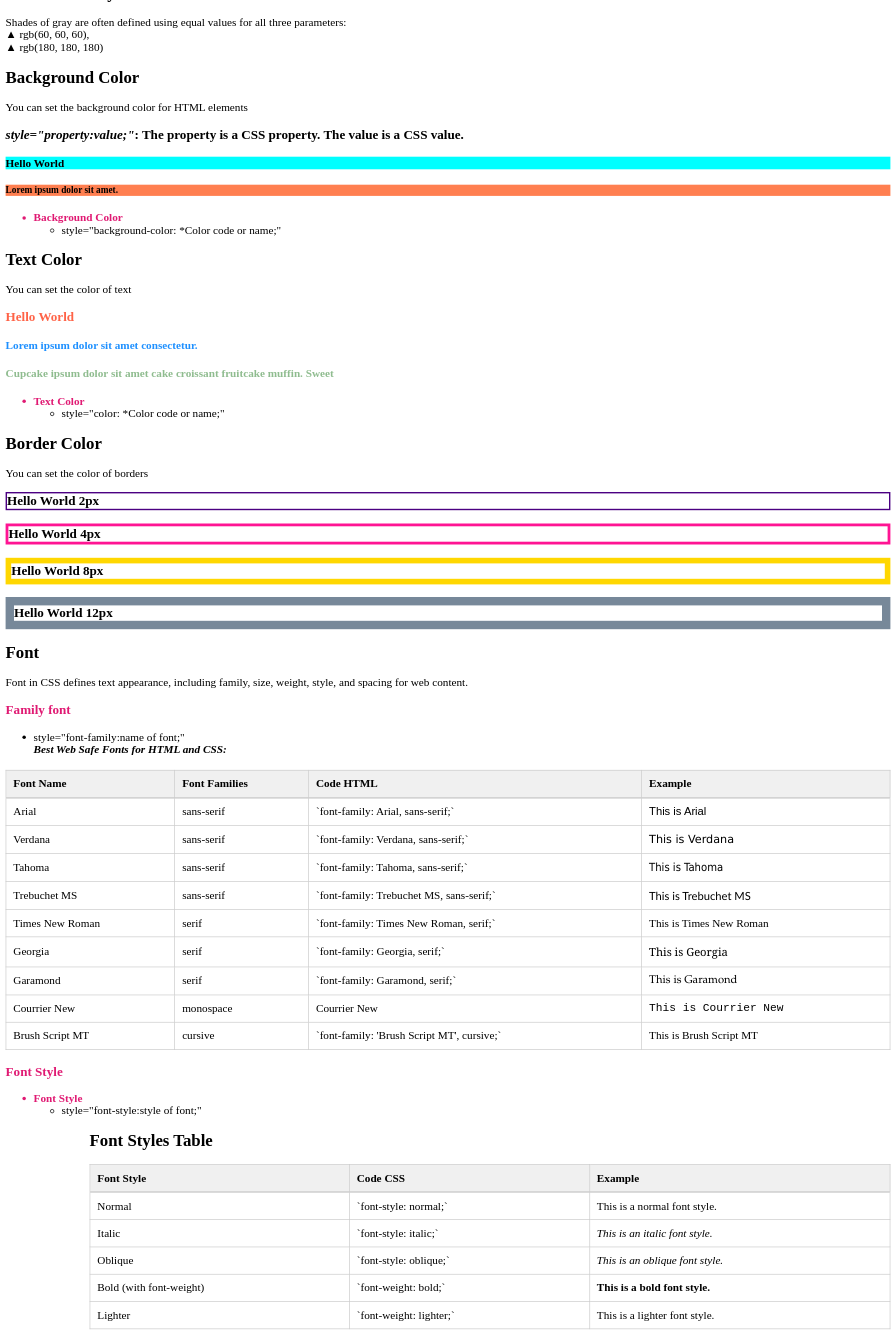
Repository: AnnaSpirit/2025_
Page: Bases/OK/HTML_Text_Formatting.html
These files come from the project's save history. The page is drawn as it stood at one moment and after a run of saves; the edit follows.
The browser window is 1280 px wide. The pictures show the part of the page from y = 2107 to 4027 px (the page is 4027 px tall before and 4009 px after), at 70% of full size.

Above is the page before, as saved 2025-01-09 16:38:40.

### Bases/OK/HTML_Text_Formatting.html
<!DOCTYPE html>
<html lang="en">

<head>
    <meta charset="UTF-8">
    <meta name="viewport" content="width=device-width, initial-scale=1.0">
    <title>HTML Text Formatting</title>
    <a href="HTML_Colors.html"></a>
</head>

<body>
    <h1>HTML contains several elements for defining text with a special meaning.</h1>
    <a href="HTML_Colors.html">
        <h2>Go Back: HTML_Colors</h2></a>
    <p>
    <ul>
        <li style="color:red;"> b< - >Bold text &#61 Strong;
            <ul>
                <li style="color:black;"><b>Bold</b> text</li>
            </ul>
        </li><br>
        <li style="color:red;"> strong< - >Important text &#61 Bold
            <ul>
                <li style="color:black;"><strong>Important</strong> text</li>
            </ul>
        </li><br>
        <li style="color:red;"> i< - >Italic text &#61 Emphasized
            <ul>
                <li style="color:black;"><i>Italic</i> text</li>
            </ul>
        </li><br>

        <li style="color:red;">em< - >Emphasized text &#61 Italic
            <ul>
                <li style="color:black;"><em>Emphasized</em> text</li>
            </ul>
        </li><br>
        <li style="color:red;"> u< - >Underlined text &#61 Inserted
            <ul>
                <li style="color:black;"><u>Underlined</u> text</li>
            </ul><br>
        <li style="color:red;">ins< - >Inserted text &#61 Underlined
            <ul>
                <li style="color:black;"><ins>Inserted</ins> text</li>
            </ul><br>
        <li style="color:red;">small< - >Smaller text
            <ul>
                <li style="color:black;"><small>Smaller</small> text</li>
            </ul>
        </li><br>
        <li style="color:red;">del< - >Deleted text &#61 Strikethrough
            <ul>
                <li style="color:black;"><del>Deleted</del> text</li>
            </ul>
        </li><br>
        <li style="color:red;">s< - >strikethrough text &#61 Deleted
            <ul>
                <li style="color:black;"><s>strikethrough</s> text</li>
            </ul>
        </li><br>
        <li style="color:red;"> mark< - >Marked text (Highlighted in yellow)
            <ul>
                <li style="color:black;"><mark>Marked</mark> text</li>
            </ul>
        </li><br>
        <li style="color:red;">sub< - >Subscript text
            <ul>
                <li style="color:black;"><sub>Subscript</sub> text</li>
            </ul>
        </li><br>
        <li style="color:red;">sup< - >Superscript text
            <ul>
                <li style="color:black;"><sup>Superscript</sup> text</li>
            </ul>
        </li>
    </ul>
    </p>
    <hr>
    <p>
    <h1>HTML Quotation and Citation Elements</h1>
    <h3>In this chapter we will go through the blockquote>,q>, abbr>, address>, cite>, and bdo> HTML elements.</h3>
    <ul>
        <li style="color:rgb(49, 169, 49);"> HTML blockquote> for Quotations
            <ul>
                <li style="color: black;">
                    <blockquote cite=" http://www.worldwildlife.org/who/index.html">For 60 years,...</blockquote>
                </li><br>
            </ul>
        <li style="color:rgb(49, 169, 49);"> HTML q> for Short Quotations
            <ul>
                <li style="color: black;"> WWF's goal is to: <q><em>Build a future where people live in harmony with
                            nature.</em></q></li>
            </ul>
        </li><br>
        <li style=" color:rgb(49, 169, 49);">HTML abbr> for Abbreviations
            <ul>
                <li style="color: black;">
                    <p>The <abbr title="World Health Organization">WHO</abbr> was founded in 1948.</p>
                </li>
            </ul>
        </li><br>
        <li style=" color:rgb(49, 169, 49);">HTML address> for Contact Information
            <ul>
                <li style="color: black;">
                    <address>
                        Written by John Doe.<br>
                        Visit us at:<br>
                        Example.com<br>
                        Box 564, Disneyland<br>
                        USA
                    </address>
                </li>
            </ul>
        </li><br>
        <li style=" color:rgb(49, 169, 49);">HTML cite> for Work Title
            <ul>
                <li style="color: black;">
                    <p><cite>The Scream</cite> by Edvard Munch. Painted in 1893.</p>
                </li>
            </ul>
        </li><br>
        <li style=" color:rgb(49, 169, 49);">HTML bdo> for Bi-Directional Override
            <ul>
                <li style="color: black;"><bdo dir="rtl">This text will be written from right to
                        left.</bdo><mark>||</mark>This text will be written from right to left.<br>
                    specific for <b>HEBREW</b> for example</li> <bdo dir="ltr">Left to Right</bdo>=
                LTR<mark>||</mark><bdo dir="rtl">Right to Left</bdo> = RTL
            </ul>
        </li>
    </ul>
    </h1>
    </p>
    <hr>
    <p>
    <h1>HTML_Colors</h1>
    <p>HTML colors are specified with predefined color names, or with RGB, HEX, HSL, RGBA, or HSLA values.</p>
    <a href="HTML_Colors.html">
        <h2>Colors Names</h2>
    </a>
    <p>In HTML, a color can be specified by using a color name</p>

    <h2>Color Values</h2>

    <p>In HTML, colors can also be specified using <b>RGB</b><sub> (value represents RED, GREEN, and BLUE light
            sources)</sub>, <b>HEX</b><sub>(hexadecimal color is specified with: #RRGGBB, where the RR (red), GG (green)
            and BB (blue) hexadecimal integers specify the components of the color.)</sub>, <b>HSL</b><sub> (stands for
            hue, saturation, and lightness.)</sub>, <b>RGBA</b><sub> (value is an extension of RGB with an Alpha channel
            (opacity)).</sub> and <b>HSLA</b><sub> (values are an extension of HSL with an Alpha channel
            (opacity)).</sub><br>

    <p>The following three elements have their background color set with RGB, HEX, and HSL values.<br>
    <h5>Ultramarine Blue</h5>
    <ul>
        <li style="background-color:rgb(77,106,255);">
            <h5>RGB (77,106,255)</h5>
        </li>
        <li style="background-color:#4D6AFF;">
            <h5>HEX #4D6AFF</h5>
        </li>
        <li style="background-color:HSL(230, 100%, 65%);">
            <h5>HSL (230, 100%, 65%)</h5>
        </li>
    </ul>
    <p>The following two elements have their background color set with RGBA and HSLA values, which add an Alpha channel
        to the color (here we have 50% and 20% transparency)</p>
    <ul>
        <li style="background-color:rgba(77,106,255, 0.5);">
            <h5>RGBA (77,106,255, 0.5) </h5>
        </li>
        <li style="background-color:HSL(230, 100%, 65%, 0.2);">
            <h5>HSLA (230, 100%, 65%, 0.2) </h5>
        </li>
    </ul>
    </p>
    <h2>Shades of Gray</h2>
    <p>Shades of gray are often defined using equal values for all three parameters: <br>
        &#9650; rgb(60, 60, 60),<br>
        &#9650; rgb(180, 180, 180)</p>

    <h2>Background Color</h2>

    <p>You can set the background color for HTML elements <br>
    <h3><em>style="property:value;"</em>: The property is a CSS property. The value is a CSS value.</h3>
    <h4 style="background-color:cyan;">Hello World</h4>
    <h5 style="background-color:Coral;">Lorem ipsum dolor sit amet.</h5>
    <ul>
        <li style="color:rgb(224, 26, 115);"><b>Background Color</b></li>
        <ul>
            <li>style="background-color: *Color code or name;"</li>
        </ul></ul>
    </p>

    <h2>Text Color</h2>

    <p>You can set the color of text <br>
    <h3 style="color:Tomato;">Hello World</h3>
    <h4 style="color:DodgerBlue;">Lorem ipsum dolor sit amet consectetur.</h4>
    <h4 style="color:DarkSeaGreen;">Cupcake ipsum dolor sit amet cake croissant fruitcake muffin. Sweet</h4>
    <ul>
        <li style="color:rgb(224, 26, 115);"><b>Text Color</b></li>
    <ul>
        <li>style="color: *Color code or name;"</li>
    </ul></ul>
    </p>

    <h2>Border Color</h2>

    <p>You can set the color of borders <br>
    <h3 style="border:2px solid indigo;">Hello World 2px</h3>
    <h3 style="border:4px solid DeepPink;">Hello World 4px</h3>
    <h3 style="border:8px solid Gold;">Hello World 8px</h3>
    <h3 style="border:12px solid LightSlateGrey;">Hello World 12px</h3>
    </p>

    <h2>Font</h2>

    <p>Font in CSS defines text appearance, including family, size, weight, style, and spacing for web content.<br>
        <h3 style="color:rgb(224, 26, 115);">Family font</font></h3>
    <ul>
        <li>style="font-family:name of font;"<br><em><b>Best Web Safe Fonts for HTML and CSS: </em></b></li>
    </ul>

    <table style="width: 100%; border-collapse: collapse; text-align: left; margin: 20px 0;">
        <thead>
            <tr style="background-color: #f0f0f0; border-bottom: 2px solid #ccc;">
                <th style="padding: 10px; border: 1px solid #ccc;">Font Name</th>
                <th style="padding: 10px; border: 1px solid #ccc;">Font Families</th>
                <th style="padding: 10px; border: 1px solid #ccc;">Code HTML</th>
                <th style="padding: 10px; border: 1px solid #ccc;">Example</th>
            </tr>
        </thead>
        <tbody>
            <tr>
                <td style="padding: 10px; border: 1px solid #ccc;">Arial</td>
                <td style="padding: 10px; border: 1px solid #ccc;">sans-serif</td>
                <td style="padding: 10px; border: 1px solid #ccc;">`font-family: Arial, sans-serif;`</td>
                <td style="padding: 10px; border: 1px solid #ccc; font-family: Arial, sans-serif;">This is Arial</td>
            </tr>
            <tr>
                <td style="padding: 10px; border: 1px solid #ccc;">Verdana</td>
                <td style="padding: 10px; border: 1px solid #ccc;">sans-serif</td>
                <td style="padding: 10px; border: 1px solid #ccc;">`font-family: Verdana, sans-serif;`</td>
                <td style="padding: 10px; border: 1px solid #ccc; font-family: Verdana, sans-serif;">This is Verdana
                </td>
            </tr>
            <tr>
                <td style="padding: 10px; border: 1px solid #ccc;">Tahoma</td>
                <td style="padding: 10px; border: 1px solid #ccc;">sans-serif</td>
                <td style="padding: 10px; border: 1px solid #ccc;">`font-family: Tahoma, sans-serif;`</td>
                <td style="padding: 10px; border: 1px solid #ccc; font-family: Tahoma, sans-serif;">This is Tahoma</td>
            </tr>
            <tr>
                <td style="padding: 10px; border: 1px solid #ccc;">Trebuchet MS</td>
                <td style="padding: 10px; border: 1px solid #ccc;">sans-serif</td>
                <td style="padding: 10px; border: 1px solid #ccc;">`font-family: Trebuchet MS, sans-serif;`</td>
                <td style="padding: 10px; border: 1px solid #ccc; font-family: 'Trebuchet MS', sans-serif;">This is
                    Trebuchet MS</td>
            </tr>
            <tr>
                <td style="padding: 10px; border: 1px solid #ccc;">Times New Roman</td>
                <td style="padding: 10px; border: 1px solid #ccc;">serif</td>
                <td style="padding: 10px; border: 1px solid #ccc;">`font-family: Times New Roman, serif;`</td>
                <td style="padding: 10px; border: 1px solid #ccc; font-family: 'Times New Roman', serif;">This is Times
                    New Roman</td>
            </tr>
            <tr>
                <td style="padding: 10px; border: 1px solid #ccc;">Georgia</td>
                <td style="padding: 10px; border: 1px solid #ccc;">serif</td>
                <td style="padding: 10px; border: 1px solid #ccc;">`font-family: Georgia, serif;`</td>
                <td style="padding: 10px; border: 1px solid #ccc; font-family: Georgia, serif;">This is Georgia</td>
            </tr>
            <tr>
                <td style="padding: 10px; border: 1px solid #ccc;">Garamond</td>
                <td style="padding: 10px; border: 1px solid #ccc;">serif</td>
                <td style="padding: 10px; border: 1px solid #ccc;">`font-family: Garamond, serif;`</td>
                <td style="padding: 10px; border: 1px solid #ccc; font-family: Garamond, serif;">This is Garamond</td>
            </tr>
            <tr>
                <td style="padding: 10px; border: 1px solid #ccc;">Courrier New</td>
                <td style="padding: 10px; border: 1px solid #ccc;">monospace</td>
                <td style="padding: 10px; border: 1px solid #ccc;"><font-family>Courrier New</font-family>
                </td>
                <td style="padding: 10px; border: 1px solid #ccc; font-family:'Courier New', Courier, monospace";>This is Courrier New</td>
            </tr>
            <tr>
                <td style="padding: 10px; border: 1px solid #ccc;">Brush Script MT</td>
                <td style="padding: 10px; border: 1px solid #ccc;">cursive</td>
                <td style="padding: 10px; border: 1px solid #ccc;">`font-family: 'Brush Script MT', cursive;`</td>
                <td style="padding: 10px; border: 1px solid #ccc; font-family: 'Brush Script MT', cursive";>This is Brush Script MT</td>
            </tr></tbody></table>
        <h3 style="color:rgb(224, 26, 115);">Font Style</font>
</h3>
    <ul>
        <li style="color:rgb(224, 26, 115);"><b>Font Style</b></li>
        <ul>
            <li>style="font-style:style of font;"</li>
            <ul>
<section>
    <h2>Font Styles Table</h2>
    <table style="width: 100%; border-collapse: collapse; text-align: left; margin: 20px 0;">
        <thead>
            <tr style="background-color: #f0f0f0; border-bottom: 2px solid #ccc;">
                <th style="padding: 10px; border: 1px solid #ccc;">Font Style</th>
                <th style="padding: 10px; border: 1px solid #ccc;">Code CSS</th>
                <th style="padding: 10px; border: 1px solid #ccc;">Example</th>
            </tr>
        </thead>
        <tbody>
            <tr>
                <td style="padding: 10px; border: 1px solid #ccc;">Normal</td>
                <td style="padding: 10px; border: 1px solid #ccc;">`font-style: normal;`</td>
                <td style="padding: 10px; border: 1px solid #ccc; font-style: normal;">This is a normal font style.</td>
            </tr>
            <tr>
                <td style="padding: 10px; border: 1px solid #ccc;">Italic</td>
                <td style="padding: 10px; border: 1px solid #ccc;">`font-style: italic;`</td>
                <td style="padding: 10px; border: 1px solid #ccc; font-style: italic;">This is an italic font style.
                </td>
            </tr>
            <tr>
                <td style="padding: 10px; border: 1px solid #ccc;">Oblique</td>
                <td style="padding: 10px; border: 1px solid #ccc;">`font-style: oblique;`</td>
                <td style="padding: 10px; border: 1px solid #ccc; font-style: oblique;">This is an oblique font style.
                </td>
            </tr>
            <tr>
                <td style="padding: 10px; border: 1px solid #ccc;">Bold (with font-weight)</td>
                <td style="padding: 10px; border: 1px solid #ccc;">`font-weight: bold;`</td>
                <td style="padding: 10px; border: 1px solid #ccc; font-weight: bold;">This is a bold font style.</td>
            </tr>
            <tr>
                <td style="padding: 10px; border: 1px solid #ccc;">Lighter</td>
                <td style="padding: 10px; border: 1px solid #ccc;">`font-weight: lighter;`</td>
                <td style="padding: 10px; border: 1px solid #ccc; font-weight: lighter;">This is a lighter font style.
                </td>
            </tr>
        </tbody>
    </table>
</section>

</li>
            </ul>
        </ul>
    </p>
    </p>
</body>

</html>

After the next 2 saves:
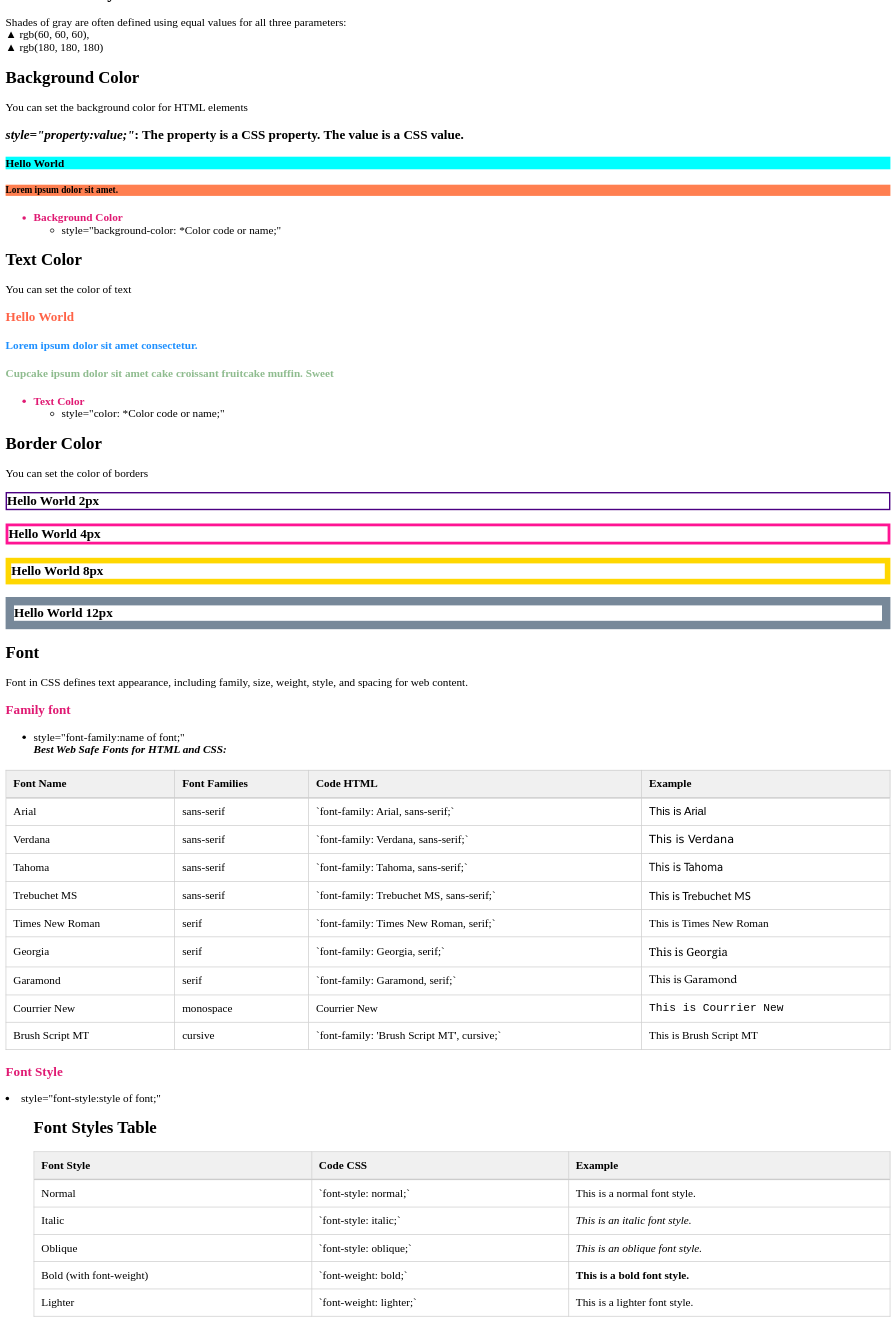
The 2 saves are shown as one change because they came seconds apart.
The last was saved 13 s later.
--- a/Bases/OK/HTML_Text_Formatting.html
+++ b/Bases/OK/HTML_Text_Formatting.html
@@ -290,9 +290,6 @@
             </tr></tbody></table>
         <h3 style="color:rgb(224, 26, 115);">Font Style</font>
 </h3>
-    <ul>
-        <li style="color:rgb(224, 26, 115);"><b>Font Style</b></li>
-        <ul>
             <li>style="font-style:style of font;"</li>
             <ul>
 <section>
